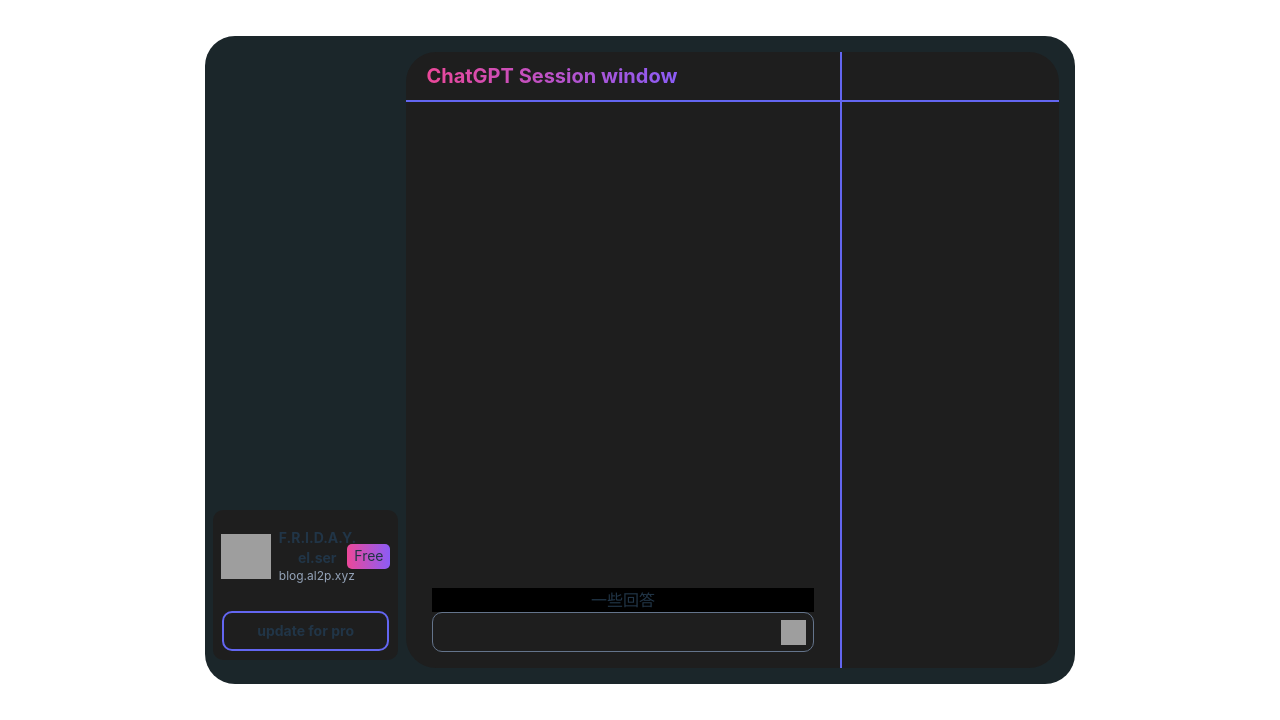
Repository: yezhonghu0503/chatgpt-vue-lac
Page: /
The author's editor kept a copy of each file at every save. The page is drawn from the files as they stood at one save, then again after the next save.
The browser window is 1280 px wide. The pictures show the whole page.
Pictures or frames that could not be fetched are drawn as grey boxes. The project was rebuilt for these pictures with package versions that can differ from the ones it lists, and the page was loaded fresh each time. Also part of the build but not shown: vite.config.ts.

Above is the page before, as saved 2023-05-18 18:55:27.

After the next save:
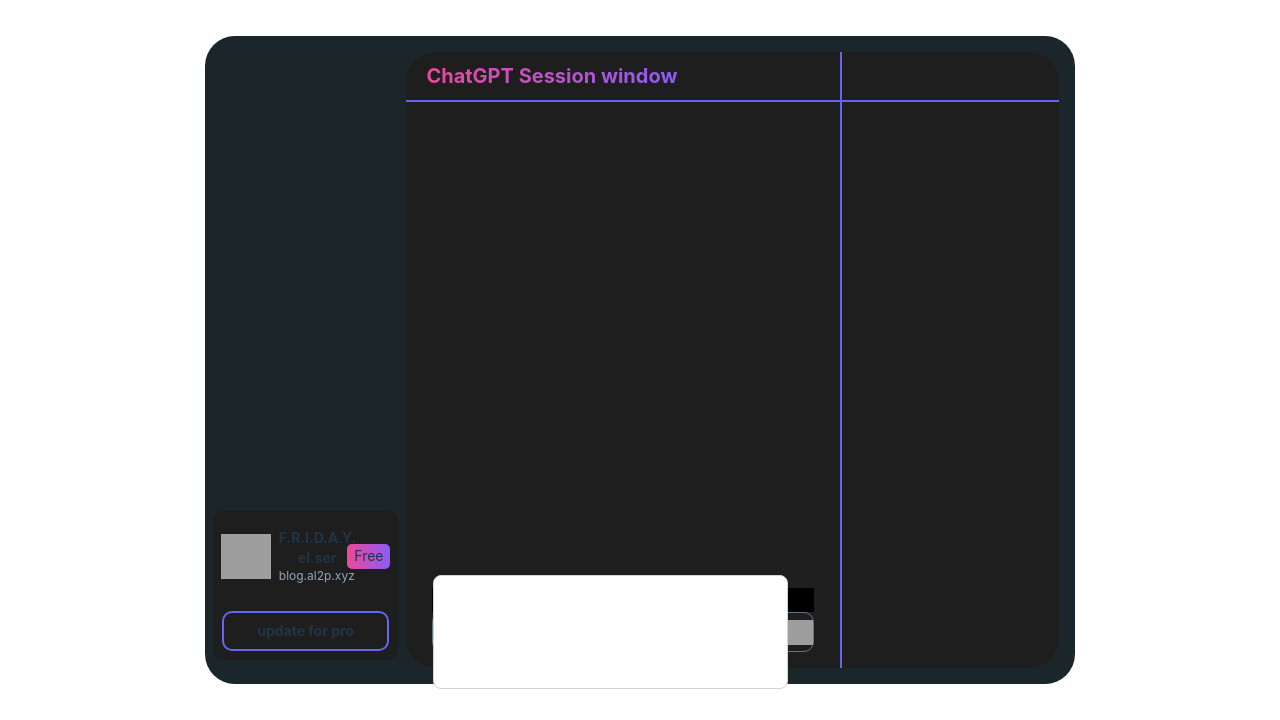
Saved 19 s later.
--- a/src/components/chat-main/chatMain.vue
+++ b/src/components/chat-main/chatMain.vue
@@ -17,7 +17,11 @@
         <div
           class="flex w-[95%] items-center justify-center rounded-[10px] h-10 border-[1px] border-slate-500"
         >
-          <input class="w-[90%]" type="text" />
+          <!-- <input class="w-[90%]" type="text" /> -->
+          <textarea
+            class="resize-none w-full px-4 py-2 leading-normal bg-white rounded-lg border border-gray-300 appearance-none focus:outline-none focus:shadow-outline-gray"
+            rows="4"
+          ></textarea>
           <img
             class="w-[25px] h-[25px]"
             src="https://blog.al2p.xyz/upload/send.png"
